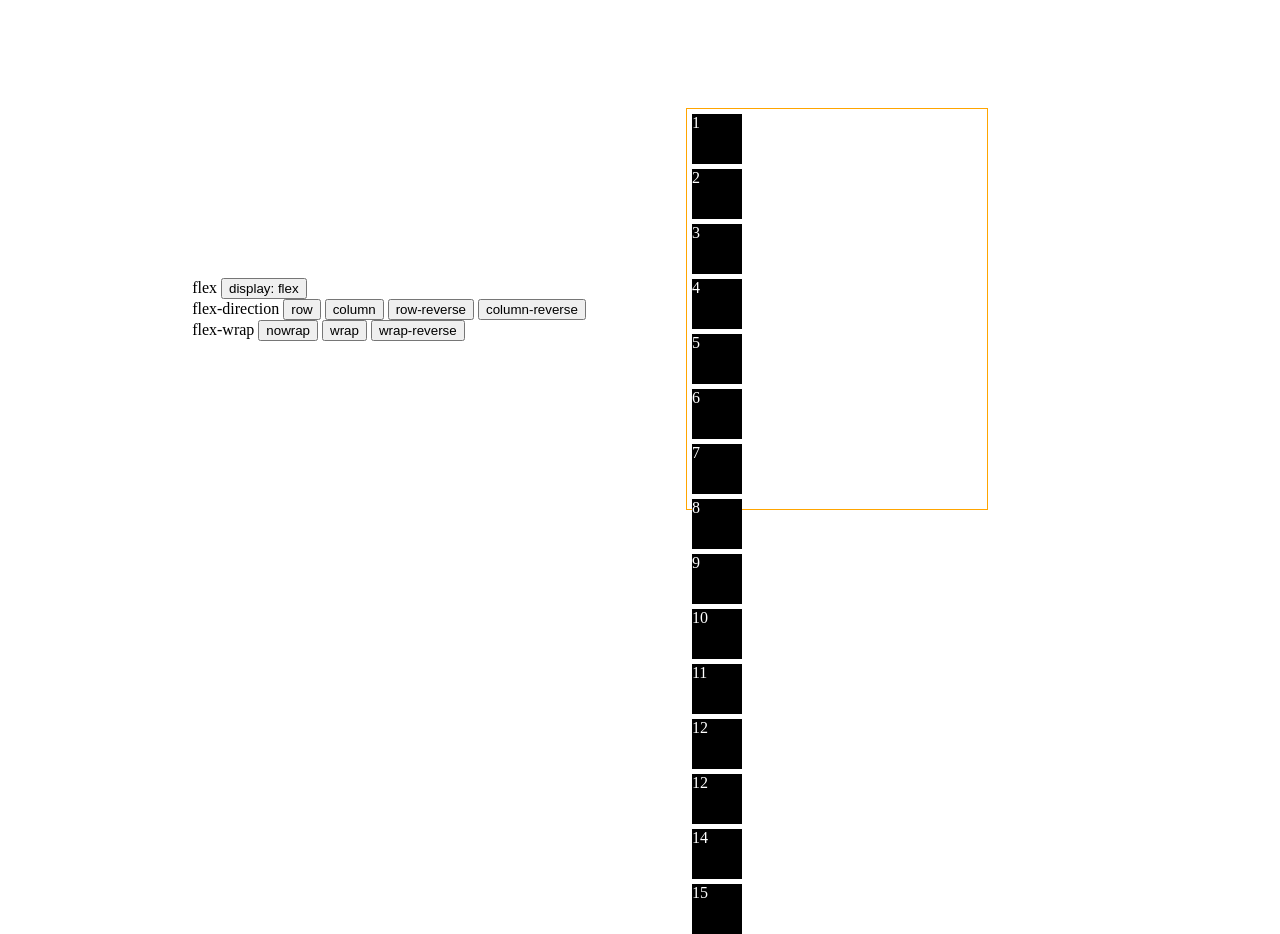
Repository: eeoooo/MINI-PROJECTS-HTML-CSS
Page: 220730-PracticeCSSFlex/index.html
An editor plug-in stored every save of this project. The page is shown before and after the next save, followed by the edit.
The browser window is 1280 px wide. The pictures show the whole page.

Above is the page before, as saved 2022-07-30 19:30:00.

After the next save:
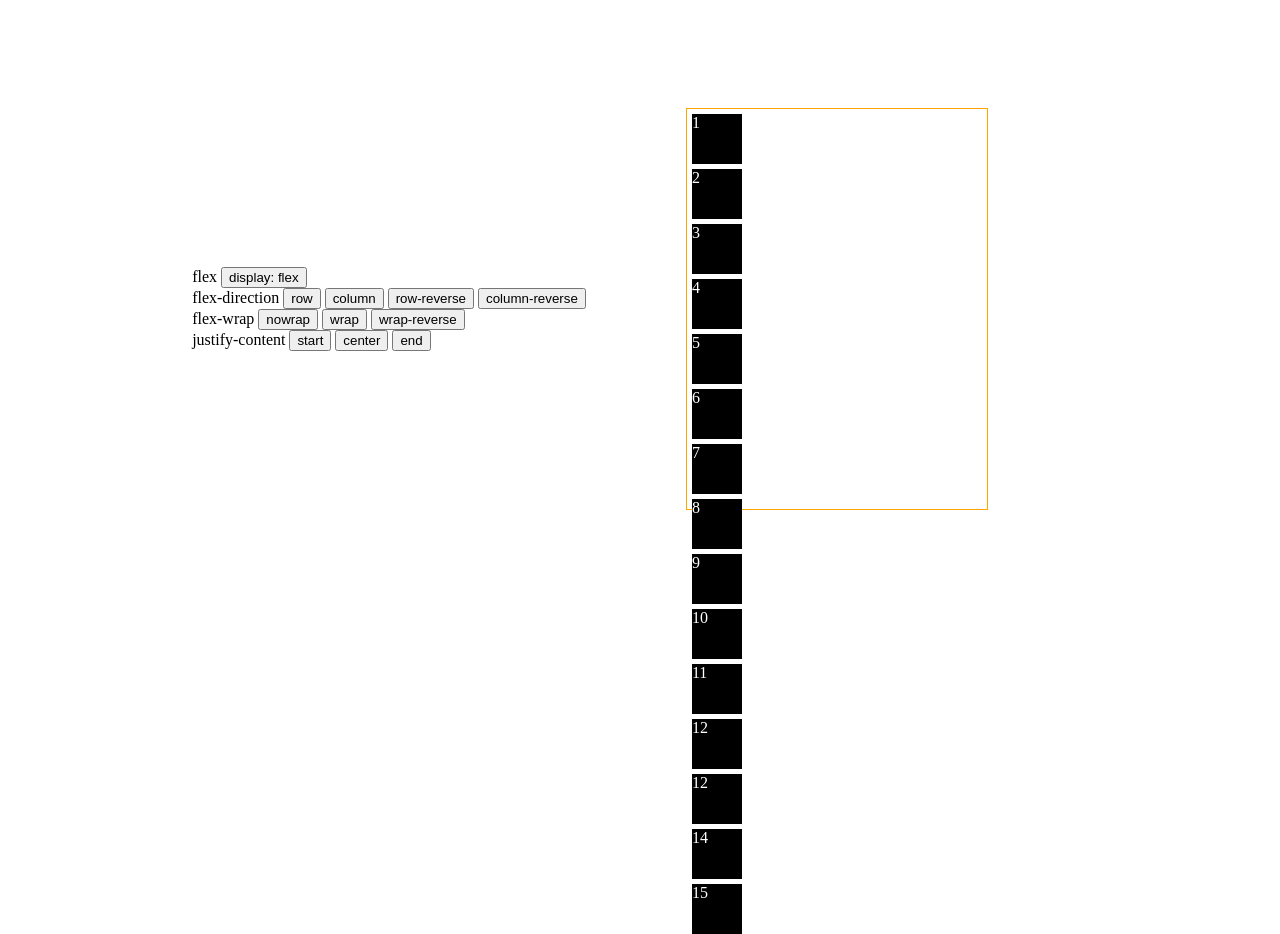
Saved 11 min 35 s later.
--- a/220730-PracticeCSSFlex/index.html
+++ b/220730-PracticeCSSFlex/index.html
@@ -25,6 +25,12 @@
             <button class="flex-wrap-wrap">wrap</button>
             <button class="flex-wrap-wrap-reverse">wrap-reverse</button>
         </div>
+        <div class="jutify-contents">
+            <span class="justify-content">justify-content</span>
+            <button class="justify-content-start">start</button>
+            <button class="justify-content-center">center</button>
+            <button class="justify-content-end">end</button>
+        </div>
     </div>
     <div class="container">
         <div class="box">1</div>
